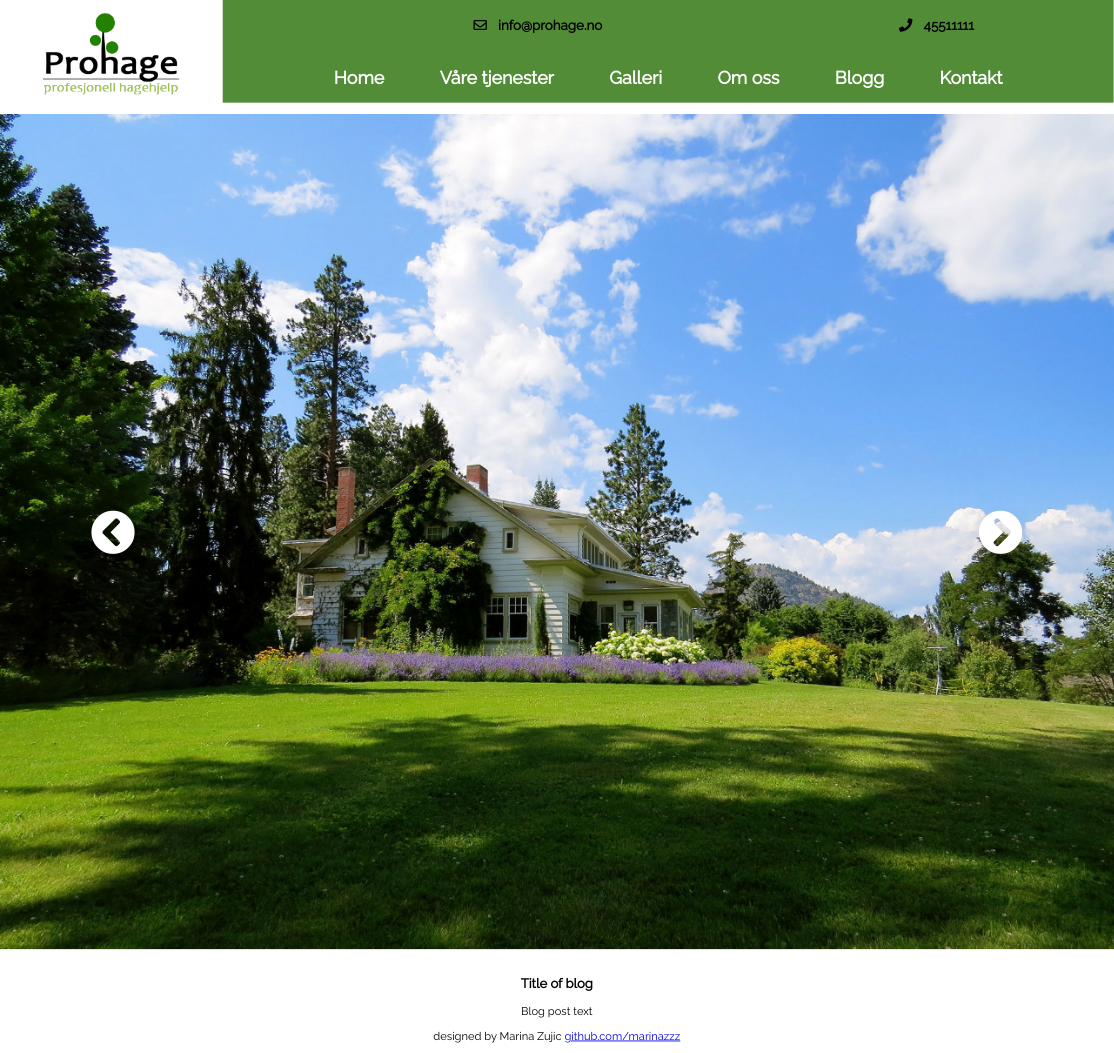
Repository: marinazzz/garden-design-website
Page: Garden design website/index.html
The author's editor kept a copy of each file at every save. The page is drawn from the files as they stood at one save, then again after the next save.
The browser window is 1280 px wide. The pictures show the whole page, at 87% of full size.

Above is the page before, as saved 2020-03-28 14:06:35.
Console error: SyntaxError: Cannot use import statement outside a module

After the next save:
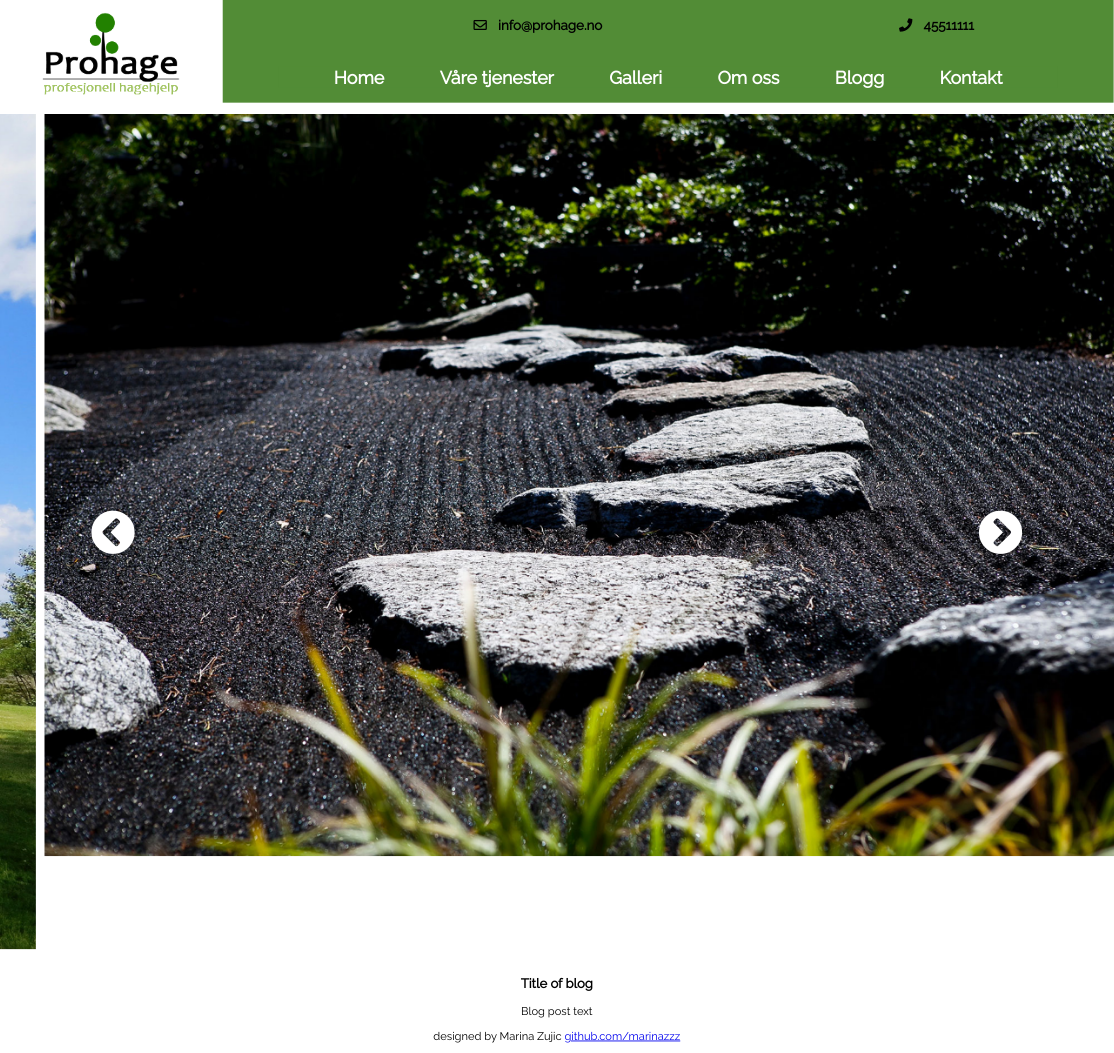
The error is gone.
Saved 26 s later.
--- a/Garden design website/index.html
+++ b/Garden design website/index.html
@@ -148,8 +148,13 @@
      </footer>
      <script src="PLUGINS/glide-master/dist/glide.min.js"></script>
      <script>
-         import Glide, { Autoplay } from '@glidejs/glide/dist/glide.modular.esm'
-        new Glide('.glide').mount({ Autoplay })
+        new Glide('.glide', {
+            type: 'carousel',
+            autoplay: true,
+            hoverpause: false,
+            perView: 1,
+            animationDuration: 8000
+        }).mount()
       </script>
      <script src="JS/js-app.js"></script>
 </body>
